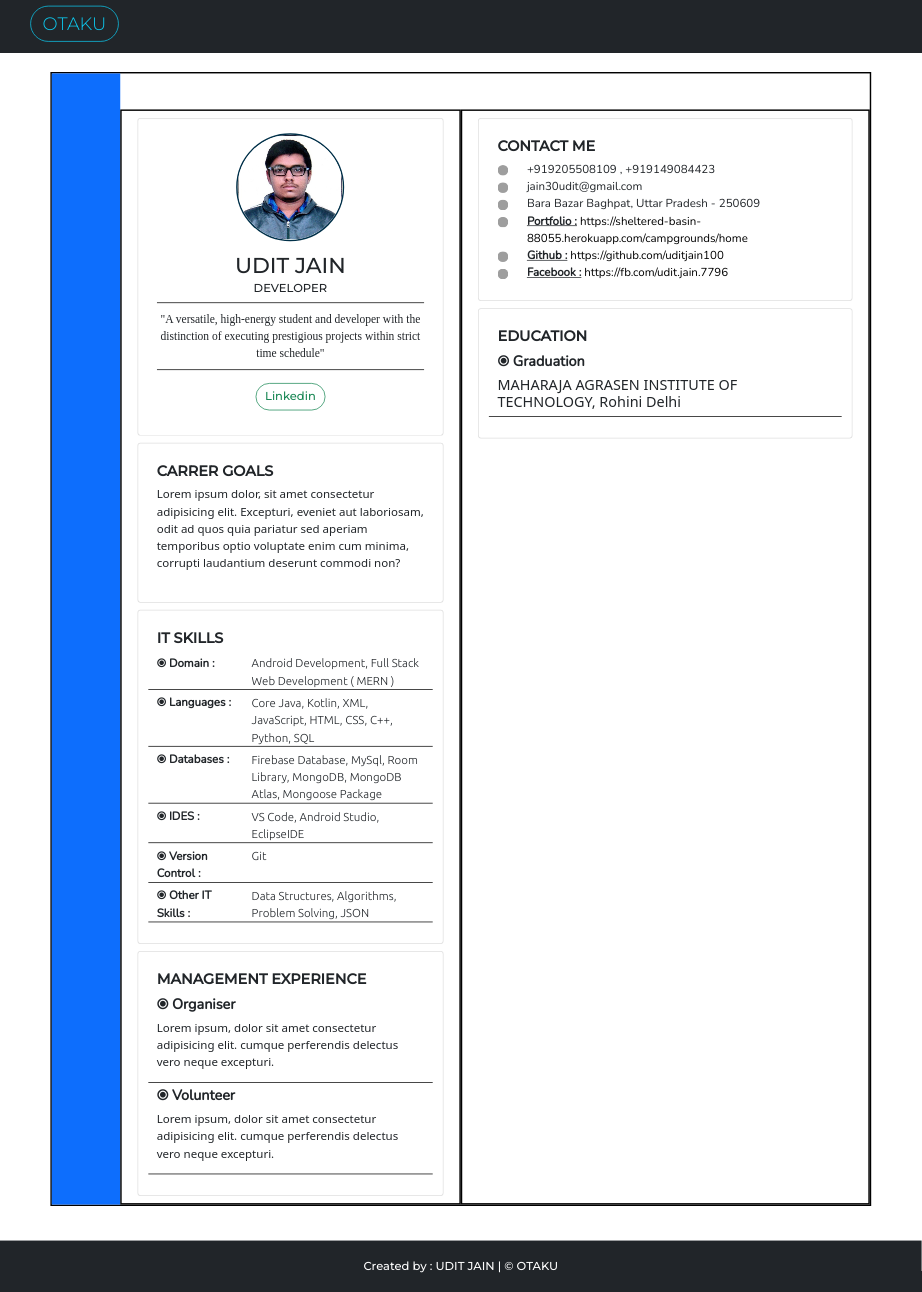
Repository: uditjain100/Responsive-Resume
Page: layouts/index.html
The author's editor kept a copy of each file at every save. The page is drawn from the files as they stood at one save, then again after the next save.
The browser window is 1280 px wide. The pictures show the whole page, at 72% of full size.
Pictures or frames that could not be fetched are drawn as grey boxes. Some web fonts or font styles are not loaded; a fallback is used. Some web libraries are served in a nearby version.

Above is the page before, as saved 2021-03-01 17:39:15.

### layouts/index.html
<!DOCTYPE html>
<html lang="en">
  <head>
    <meta charset="UTF-8" />
    <meta http-equiv="X-UA-Compatible" content="IE=edge" />
    <meta name="viewport" content="width=device-width, initial-scale=1.0" />
    <title>Udit Jain</title>
    <link rel="stylesheet" href="app.css" />
    <link
      href="https://cdn.jsdelivr.net/npm/bootstrap@5.0.0-beta1/dist/css/bootstrap.min.css"
      rel="stylesheet"
      integrity="sha384-giJF6kkoqNQ00vy+HMDP7azOuL0xtbfIcaT9wjKHr8RbDVddVHyTfAAsrekwKmP1"
      crossorigin="anonymous"
    />

    <link rel="preconnect" href="https://fonts.gstatic.com" />
    <link
      href="https://fonts.googleapis.com/css2?family=Montserrat:wght@300;500&display=swap"
      rel="stylesheet"
    />
    <link
      href="https://fonts.googleapis.com/css2?family=Roboto+Slab:wght@300&display=swap"
      rel="stylesheet"
    />
    <link
      href="https://fonts.googleapis.com/css2?family=Spartan:wght@500&display=swap"
      rel="stylesheet"
    />
    <link
      href="https://fonts.googleapis.com/css2?family=Red+Hat+Display&display=swap"
      rel="stylesheet"
    />
    <link
      href="https://fonts.googleapis.com/css2?family=Ubuntu:wght@300&display=swap"
      rel="stylesheet"
    />
    <link
      href="https://fonts.googleapis.com/css2?family=Quicksand:wght@700&display=swap"
      rel="stylesheet"
    />
    <link
      href="https://fonts.googleapis.com/css2?family=Nunito&display=swap"
      rel="stylesheet"
    />
    <link
      href="https://fonts.googleapis.com/css2?family=Akaya+Kanadaka&display=swap"
      rel="stylesheet"
    />
  </head>
  <body>
    <header class="header">
      <nav class="navbar navbar-expand-lg navbar-light bg-dark pb-3 fixed-top">
        <div class="container-fluid">
          <a
            id="navtitle"
            class="navbar-brand text-info px-3 rounded-pill border border-info"
            href="#"
            >OTAKU</a
          >
        </div>
      </nav>
    </header>

    <div class="container">
      <div id="wholewindow" class="row">
        <div class="col-1 bg-primary"></div>
        <div id="leftwindow" class="col-5">
          <div id="namebox" class="card">
            <img
              id="profileimg"
              src="profile.jpg"
              class="card-img-top"
              alt="..."
            />
            <div class="card-body">
              <h3 class="card-title" style="font-size: 30px; font-weight: 400">
                UDIT JAIN
              </h3>
              <h6 class="card-subtitle">DEVELOPER</h6>
              <p id="summary">
                "A versatile, high-energy student and developer with the
                distinction of executing prestigious projects within strict time
                schedule"
              </p>
              <a href="#" class="btn btn-outline-success rounded-pill m-2"
                >Linkedin</a
              >
            </div>
          </div>
          <div id="goalbox" class="card">
            <div class="card-body">
              <h3 class="card-title">CARRER GOALS</h3>
              <p>
                Lorem ipsum dolor, sit amet consectetur adipisicing elit.
                Excepturi, eveniet aut laboriosam, odit ad quos quia pariatur
                sed aperiam temporibus optio voluptate enim cum minima, corrupti
                laudantium deserunt commodi non?
              </p>
            </div>
          </div>
          <div id="itskillsbox" class="card">
            <div class="card-body">
              <h3 class="card-title">IT SKILLS</h3>
              <ul class="list-group">
                <li id="itskillsitem" class="row">
                  <span class="col-4" id="que">⦿ Domain : </span>
                  <span class="col-8" id="ans"
                    >Android Development, Full Stack Web Development ( MERN
                    )</span
                  >
                </li>
                <li id="itskillsitem" class="row">
                  <span class="col-4" id="que">⦿ Languages : </span>
                  <span class="col-8" id="ans"
                    >Core Java, Kotlin, XML, JavaScript, HTML, CSS, C++, Python,
                    SQL</span
                  >
                </li>
                <li id="itskillsitem" class="row">
                  <span class="col-4" id="que">⦿ Databases : </span>
                  <span class="col-8" id="ans"
                    >Firebase Database, MySql, Room Library, MongoDB, MongoDB
                    Atlas, Mongoose Package</span
                  >
                </li>
                <li id="itskillsitem" class="row">
                  <span class="col-4" id="que">⦿ IDES : </span>
                  <span class="col-8" id="ans"
                    >VS Code, Android Studio, EclipseIDE</span
                  >
                </li>
                <li id="itskillsitem" class="row">
                  <span class="col-4" id="que">⦿ Version Control : </span>
                  <span class="col-8" id="ans">Git</span>
                </li>
                <li id="itskillsitem" class="row">
                  <span class="col-4" id="que">⦿ Other IT Skills : </span>
                  <span class="col-8" id="ans"
                    >Data Structures, Algorithms, Problem Solving, JSON</span
                  >
                </li>
              </ul>
            </div>
          </div>
          <div id="managementskillsbox" class="card">
            <div class="card-body">
              <h3 class="card-title">MANAGEMENT EXPERIENCE</h3>
              <ul class="list-group">
                <li id="managementskillsitem" class="row">
                  <h5 id="que" class="display-10">⦿ Organiser</h5>
                  <p>
                    Lorem ipsum, dolor sit amet consectetur adipisicing elit.
                    cumque perferendis delectus vero neque excepturi.
                  </p>
                </li>
                <li id="managementskillsitem" class="row">
                  <h5 id="que" class="display-10">⦿ Volunteer</h5>
                  <p>
                    Lorem ipsum, dolor sit amet consectetur adipisicing elit.
                    cumque perferendis delectus vero neque excepturi.
                  </p>
                </li>
              </ul>
            </div>
          </div>
        </div>
        <div id="rightwindow" class="col-6">
          <div id="contactbox" class="card">
            <div class="card-body">
              <h3 class="card-title">CONTACT ME</h3>
              <ul class="list-group">
                <li id="contactitem" class="row">
                  <div class="col-1">
                    <img
                      src="https://cdn.jsdelivr.net/npm/simple-icons@3.0.1/icons/android.svg"
                      alt=""
                    />
                  </div>
                  <div class="col-11">+919205508109 , +919149084423</div>
                </li>
                <li id="contactitem" class="row">
                  <div class="col-1">
                    <img
                      src="https://cdn.jsdelivr.net/npm/simple-icons@3.0.1/icons/gmail.svg"
                      alt=""
                    />
                  </div>
                  <div class="col-11">jain30udit@gmail.com</div>
                </li>
                <li id="contactitem" class="row">
                  <div class="col-1">
                    <img
                      src="https://cdn.jsdelivr.net/npm/simple-icons@3.0.1/icons/googlemaps.svg"
                      alt=""
                    />
                  </div>
                  <div class="col-11">
                    Bara Bazar Baghpat, Uttar Pradesh - 250609
                  </div>
                </li>
                <li id="contactitem" class="row">
                  <div class="col-1">
                    <img
                      src="https://cdn.jsdelivr.net/npm/simple-icons@4.13.0/icons/webpack.svg"
                      alt=""
                    />
                  </div>
                  <div style="text-align: left; margin-left: 0" class="col-11">
                    <span style="text-decoration: underline; font-weight: 800"
                      >Portfolio :</span
                    >
                    <a
                      href="https://sheltered-basin-88055.herokuapp.com/campgrounds/home"
                      ><span
                        >https://sheltered-basin-88055.herokuapp.com/campgrounds/home</span
                      ></a
                    >
                  </div>
                </li>
                <li id="contactitem" class="row">
                  <div class="col-1">
                    <img
                      src="https://cdn.jsdelivr.net/npm/simple-icons@4.13.0/icons/github.svg"
                      alt=""
                    />
                  </div>
                  <div style="text-align: left; margin-left: 0" class="col-11">
                    <span style="text-decoration: underline; font-weight: 800"
                      >Github :</span
                    >
                    <a href="https://github.com/uditjain100"
                      ><span>https://github.com/uditjain100</span></a
                    >
                  </div>
                </li>
                <li id="contactitem" class="row">
                  <div class="col-1">
                    <img
                      src="https://cdn.jsdelivr.net/npm/simple-icons@4.13.0/icons/facebook.svg"
                      alt=""
                    />
                  </div>
                  <div style="text-align: left; margin-left: 0" class="col-11">
                    <span style="text-decoration: underline; font-weight: 800"
                      >Facebook :</span
                    >
                    <a href="https://fb.com/udit.jain.7796"
                      ><span>https://fb.com/udit.jain.7796</span></a
                    >
                  </div>
                </li>
              </ul>
            </div>
          </div>
          <div id="educationbox" class="card">
            <div class="card-body">
              <h3 class="card-title">EDUCATION</h3>
              <ul class="list-group">
                <li id="managementskillsitem" class="row">
                  <h5 id="que" class="display-10">⦿ Graduation</h5>
                  <h5>
                    MAHARAJA AGRASEN INSTITUTE OF TECHNOLOGY, Rohini Delhi
                  </h5>
                </li>
              </ul>
            </div>
          </div>
        </div>
      </div>
    </div>

    <footer class="footer bg-dark mt-5 py-4">
      <div class="container">
        <span class="" style="text-align: center"
          >Created by : UDIT JAIN | &copy; OTAKU</span
        >
      </div>
    </footer>

    <script
      src="https://cdn.jsdelivr.net/npm/@popperjs/core@2.6.0/dist/umd/popper.min.js"
      integrity="sha384-KsvD1yqQ1/1+IA7gi3P0tyJcT3vR+NdBTt13hSJ2lnve8agRGXTTyNaBYmCR/Nwi"
      crossorigin="anonymous"
    ></script>
    <script
      src="https://cdn.jsdelivr.net/npm/bootstrap@5.0.0-beta2/dist/js/bootstrap.min.js"
      integrity="sha384-nsg8ua9HAw1y0W1btsyWgBklPnCUAFLuTMS2G72MMONqmOymq585AcH49TLBQObG"
      crossorigin="anonymous"
    ></script>

    <script src="https://cdnjs.cloudflare.com/ajax/libs/typed.js/2.0.11/typed.min.js"></script>

    <script src="app.js"></script>
  </body>
</html>

### layouts/app.css
/* * Common Section */

@keyframes transitionIn {
  from {
    opacity: 0;
    transform: rotateY(-10deg);
  }
  to {
    opacity: 1;
    transform: rotateY(0);
  }
}

html {
  animation: transitionIn 1s;
}

/* * Navbar Section */

#navtitle {
  font-family: "Montserrat";
  font-size: 25px;
  font-weight: 300;
  margin-left: 30px;
}

#navlist li {
  font-family: "Montserrat";
  font-weight: 200;
  margin: 10px;
  padding: 10px;
  font-size: 20px;
  transition: 0.1s;
  display: flex;
  flex-direction: column-reverse;
  align-items: center;
}

#navlist li img {
  width: 30px;
  display: none;
  height: 30px;
  margin: 5px;
  border-radius: 50%;
}

#navlist li:hover {
  font-weight: 500;
  border-bottom-left-radius: 10%;
  border-bottom-right-radius: 10%;
  border-bottom: 2px white solid;
}

@media (max-width: 993px) {
  #navlist li img {
    display: flex;
    background-color: grey;
  }
}

/*  ********************* resume work */

#wholewindow {
  margin-top: 100px;
  border: 2px black solid;
  display: flex;
  flex-direction: row;
  flex-wrap: wrap;
  justify-content: space-evenly;
  /* align-items: center; */
}

#leftwindow,
#rightwindow {
  margin-top: 50px;
  border: 2px black solid;
  min-width: 400px;
}

#namebox {
  display: flex;
  flex-direction: column;
  flex-wrap: wrap;
  justify-content: space-evenly;
  align-items: center;
  text-align: center;
  font-family: "Montserrat";
}

#profileimg {
  width: 150px;
  height: 150px;
  border-radius: 50%;
  border: 2px #003049 solid;
  margin-top: 10px;
}
#summary {
  font-family: "Akaya Kanadaka";
  margin-top: 10px;
  margin-bottom: 10px;
  padding-top: 10px;
  padding-bottom: 10px;

  border-bottom: 1px black solid;
  border-top: 1px black solid;
}

#itskillsitem,
#managementskillsitem {
  border-bottom: 1px black solid;
  margin-top: 3px;
  margin-bottom: 3px;
}

#que {
  font-family: "Nunito";
  font-weight: 900;
  text-align: left;
}

#ans {
  font-family: "Ubuntu";
  font-weight: 400;
  text-align: left;
}

li img {
  width: 15px;
  height: 15px;
  border-radius: 50%;
  margin-right: 5px;
}

#contactitem {
  font-family: "Nunito";
}

#contactitem div a {
  color: black;
  text-decoration: none;
  transition: 0.3s;
}

#contactitem div a:hover {
  color: dodgerblue;
  text-decoration: underline;
}

.card {
  margin: 10px;
  padding: 10px;
}

.card-title {
  font-family: "Montserrat";
  font-weight: 900;
  font-size: 20px;
}

/* * Common Section */

.footer {
  position: -webkit-sticky;
  left: 0;
  bottom: 0;
  width: 100%;
  color: white;
  text-align: center;
  font-family: "Montserrat";
}

Loaded but not shown: layouts/app.js (no copy from this time; the picture is the same without it)

After the next save:
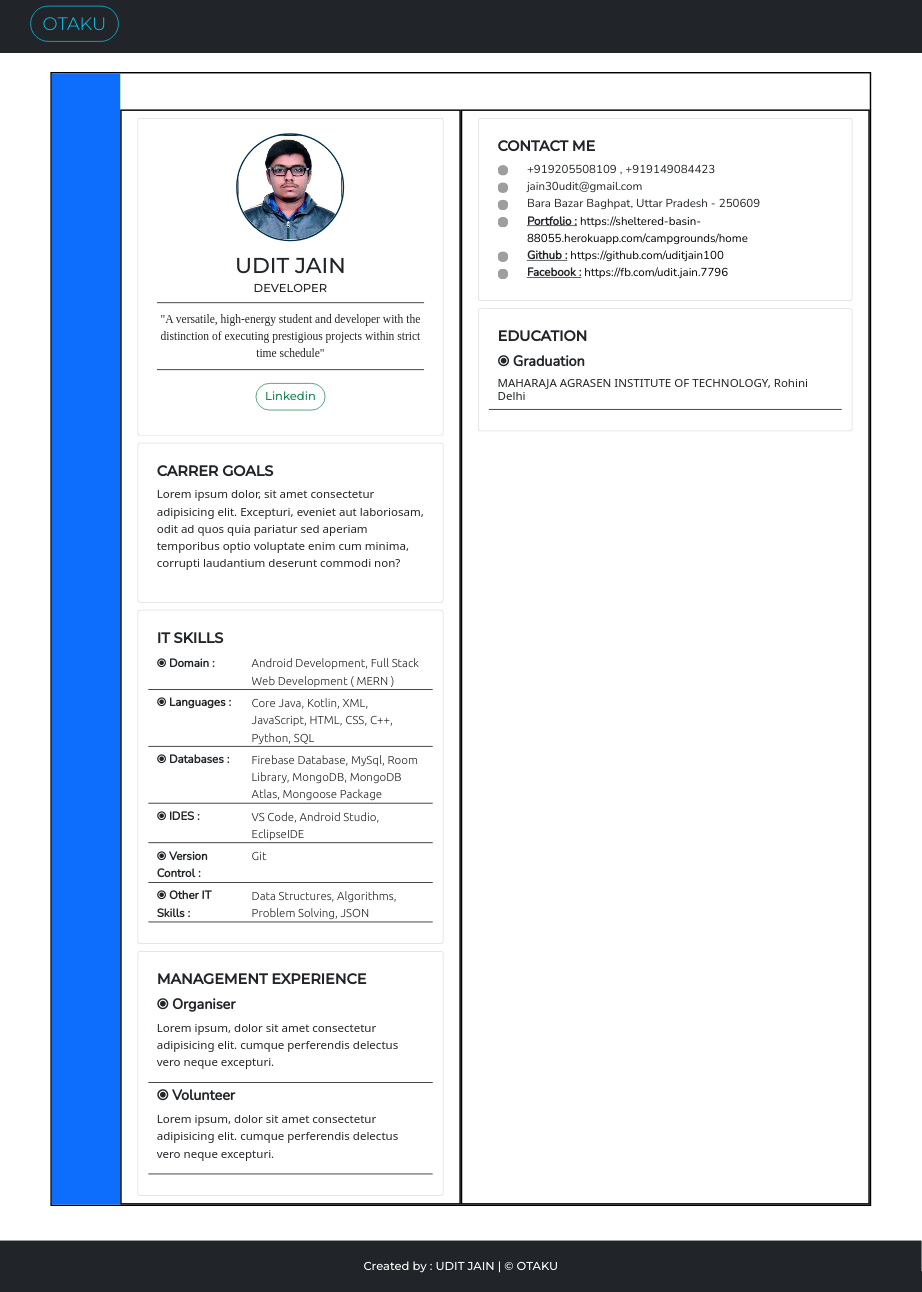
Saved 14 s later.
--- a/layouts/index.html
+++ b/layouts/index.html
@@ -258,9 +258,9 @@
               <ul class="list-group">
                 <li id="managementskillsitem" class="row">
                   <h5 id="que" class="display-10">⦿ Graduation</h5>
-                  <h5>
+                  <h6>
                     MAHARAJA AGRASEN INSTITUTE OF TECHNOLOGY, Rohini Delhi
-                  </h5>
+                  </h6>
                 </li>
               </ul>
             </div>
